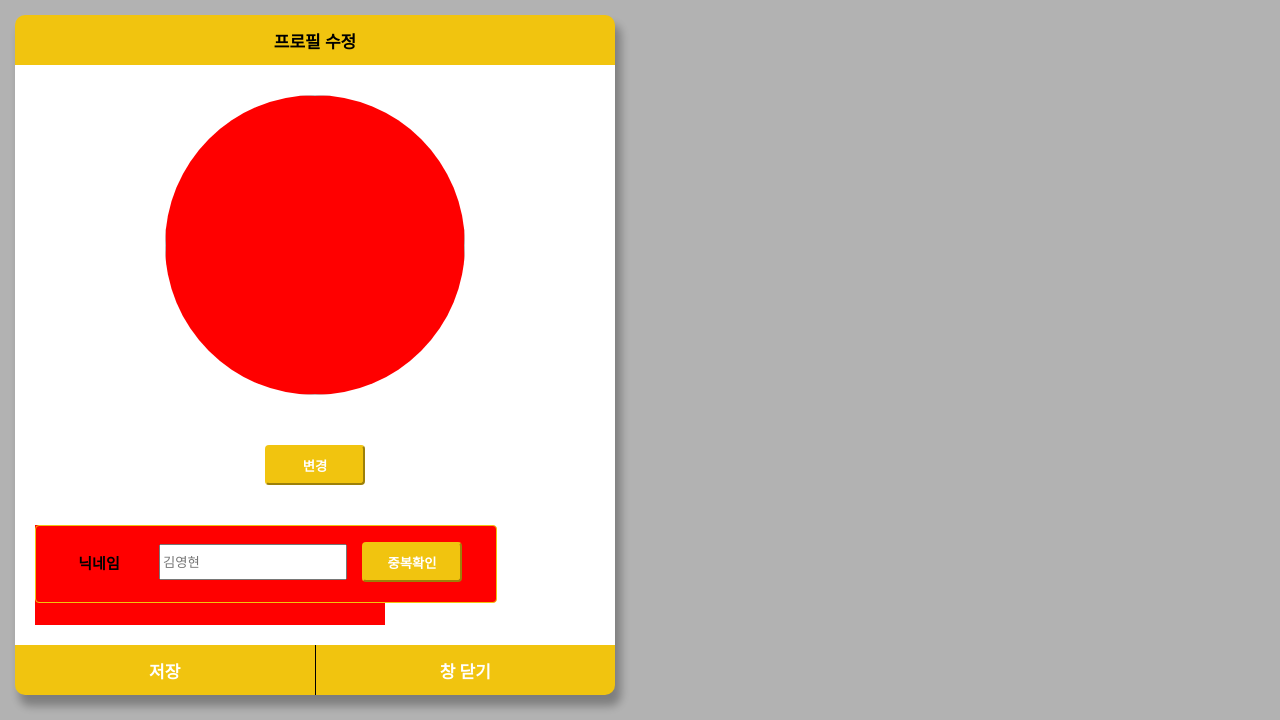
Repository: Corn-Market/Front-end
Page: http://localhost/CornMarket/resources/views/popup_profile_update.jsp
An editor plug-in stored every save of this project. The page is shown before and after the next save, followed by the edit.
The browser window is 1280 px wide. The pictures show the whole page.
The page is served by Tomcat 9. Other server files are loaded and not shown.

Above is the page before, as saved 2022-12-19 06:31:17.

### CornMarket/src/main/webapp/resources/views/popup_profile_update.jsp
<%@ page language="java" contentType="text/html; charset=UTF-8"
    pageEncoding="UTF-8"%>
<%@ taglib uri="http://java.sun.com/jsp/jstl/core" prefix="c" %>
<c:set var="path" value="${pageContext.request.contextPath}"/>
<!DOCTYPE html>
<html>
<head>
<meta charset="EUC-KR">
<title>Insert title here</title>
<link rel="stylesheet" href="${path}/resources/css/popup_update.css"/>
<script src="https://ajax.googleapis.com/ajax/libs/jquery/3.5.1/jquery.min.js"></script><script src="https://ajax.googleapis.com/ajax/libs/jquery/3.5.1/jquery.min.js"></script>
</head>
<body>
	<div class="container">
        <div class="popup-wrap" id="popup">
          <div class="popup">
            <div class="popup-head">
                <span class="head-title">프로필 수정</span>
            </div>
            <div class="popup-body">
              <div class="body-content">
                <div class="body-titlebox">
                	<div class="update_first">
            			<img>
            			<input type="button" value="변경" onclick="change_img()">
        			</div>
                </div>
                <div class="body-contentbox">
                	 <div class="update_second">
			            <div class="up_main">
			                <div class="up_title">닉네임</div>
			                <input type="text" placeholder="김영현" class="update_nickname">
			                <input type="button" value="중복확인" class="double_check">
			            </div>
			        </div>
                </div>
              </div>
            </div>
            <div class="popup-foot">
              <span class="pop-btn confirm" id="confirm" onclick="">저장</span>
              <span class="pop-btn close" id="close" onclick="">창 닫기</span>
            </div>
          </div>
         </div>
    </div>
</body>
</html>

### CornMarket/src/main/webapp/resources/css/popup_update.css
.popup-wrap{
    background-color:rgba(0,0,0,.3);
    justify-content:center;
    align-items:center;
    position:fixed;
    top:0;
    left:0;
    right:0;
    bottom:0;
    padding:15px;

  }

  .popup{
    width:1000px;
    max-width:600px;
    border-radius:10px;
    overflow:hidden;
    background-color:rgb(241, 196, 15);
    font-size: 17px;
    font-weight: bold;
    box-shadow: 5px 10px 10px 1px rgba(0,0,0,.3);
  }

  .popup-head{
    width:100%;
    height:50px;
    display:flex;
    align-items:center;
    justify-content:center;
  }

  .popup-body{
    background-color:#ffffff;
  }
  .body-content{
    padding:20px;
  }
  .body-titlebox{
    text-align:center;
    width:500px;
    height:350px;
    margin:10px auto;
  }

  .update_first img{
    width:300px;
    height:300px;
    border-radius: 50%;
    background-color: red;
    margin:0px auto;
    display: block;
}

.update_first input{
    width:100px;
    height:40px;
    margin:50px auto;
    border-radius: 4px;
    border-color: rgb(241, 196, 15);
    background-color: rgb(241, 196, 15);
    color: rgb(255, 255, 255);
    font-weight: bold;
    display: block;
}

  .body-contentbox{
  	width:350px;
  	height:100px;
  	background-color:red;
 S
  }

  .update_second{
    width:450px;
    background-color:red;
    margin:80px auto;
    padding:5px;
    border:0.3px solid rgb(241, 196, 15);
    border-radius: 4px;
}

.up_title{
    width:100px;
    height:50px;
    border-radius: 4px;
    font-size: 15px;
    font-weight: bold;
    text-align: center;
    line-height: 50px;
}

.update_nickname{
    width:180px;
    height:30px;
    margin-top: 5px;
    margin-right: 15px;
    margin-left: 10px;
}

.up_main{
    display:flex;
    height:50px;
    padding:8px;
}

.double_check{
    width:100px;
    height:40px;
    margin-top: 3px;
    border-radius: 4px;
    border-color: rgb(241, 196, 15);
    background-color: rgb(241, 196, 15);
    color: rgb(255, 255, 255);
    font-weight: bold;
    display: block;
}

  .popup-foot{
    width:100%;
    height:50px;
    display: flex;
  }

  .pop-btn{
    display:inline-flex;
    width:50%;
    height:100%;
    justify-content:center;
    align-items:center;
    float:left;
    color:rgb(255, 255, 255);
    cursor:pointer;
  }
  .pop-btn.confirm{
    border-right:1px solid black;
  }

  .search_btn{
  	 width:100px;
      height:40px;
      border-radius: 4px;
      border-color: rgb(241, 196, 15);
      background-color: rgb(241, 196, 15);
      color: rgb(255, 255, 255);
      font-weight: bold;
      display: block;
      margin:20px auto;
  }

  .body_contentbox h3{
  		text-align:center;
  }

After the next save:
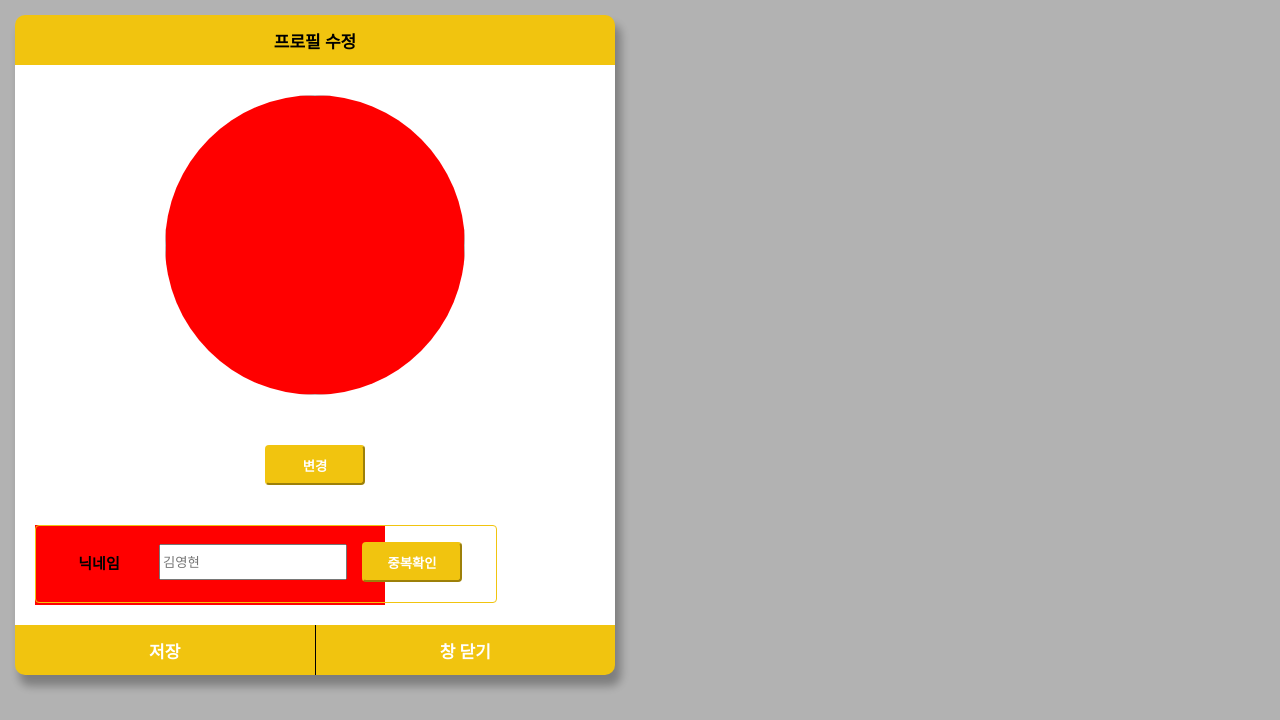
Saved 49 s later.
--- a/CornMarket/src/main/webapp/resources/css/popup_update.css
+++ b/CornMarket/src/main/webapp/resources/css/popup_update.css
@@ -66,14 +66,13 @@
 
   .body-contentbox{
   	width:350px;
-  	height:100px;
+  	height:80px;
   	background-color:red;
  S
   }
 
   .update_second{
     width:450px;
-    background-color:red;
     margin:80px auto;
     padding:5px;
     border:0.3px solid rgb(241, 196, 15);
